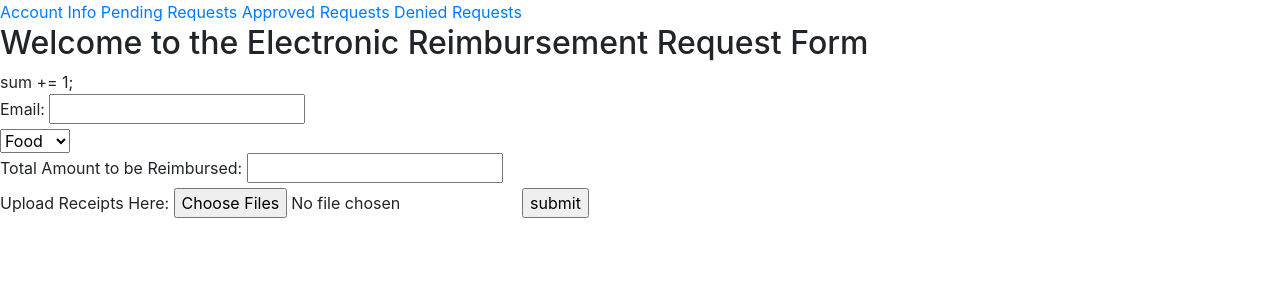
Repository: lharrill01/july_11_current_projects
Page: gres/src/main/java/gres/model/errfwelcome.html
These files come from the project's save history. The page is drawn as it stood at one moment and after the next save; the edit follows.
The browser window is 1280 px wide. The pictures show the whole page.

Above is the page before, as saved 2019-07-12 02:50:44.

### gres/src/main/java/gres/model/errfwelcome.html
<!DOCTYPE html>
<html lang="en">
<head>
    <meta charset="UTF-8">
    <meta name="viewport" content="width=device-width, initial-scale=1.0">
    <meta http-equiv="X-UA-Compatible" content="ie=edge">
    <link rel="stylesheet" href="https://maxcdn.bootstrapcdn.com/bootstrap/4.0.0/css/bootstrap.min.css" integrity="sha384-Gn5384xqQ1aoWXA+058RXPxPg6fy4IWvTNh0E263XmFcJlSAwiGgFAW/dAiS6JXm" crossorigin="anonymous">
    <title>Home: GERS</title>
</head>
<body>
	<nav>
		<a href="Account.html">Account Info</a>
		<a href="pendingRequests.html">Pending Requests</a>
		<a href="approvedRequests.html">Approved Requests</a>
		<a href="deniedRequests.html">Denied Requests</a>
	</nav>
    <h2>Welcome to the Electronic Reimbursement Request Form</h2>
<div class=>
    <div>
        <form action="/gres/GresFetchServlet" method="post">
		<output>sum += 1;</output>
    	<div>
        	<label> Email: </label>
        	<input type="email" name="email">
		</div>
		<div>
			<select id = "rstuff" name="selection">
				<option value="Food">Food</option>
				<option value="Gas">Gas</option>
					<option value="Rental">Rental</option>
					<option value="Hotel">Hotel</option>
				</select>
			</div>
    		<div>
        		<label>Total Amount to be Reimbursed: </label>
        		<input type="text" name="rAmount">
    		</div>
    		<div>
        		<label> Upload Receipts Here: </label>
        		<input type="file" name="receipts" accept="image/*" multiple>

        		<input type="submit" value="submit">
        	</div>
        </form>
    </div>
</div>
</body>
</html>

After the next save:
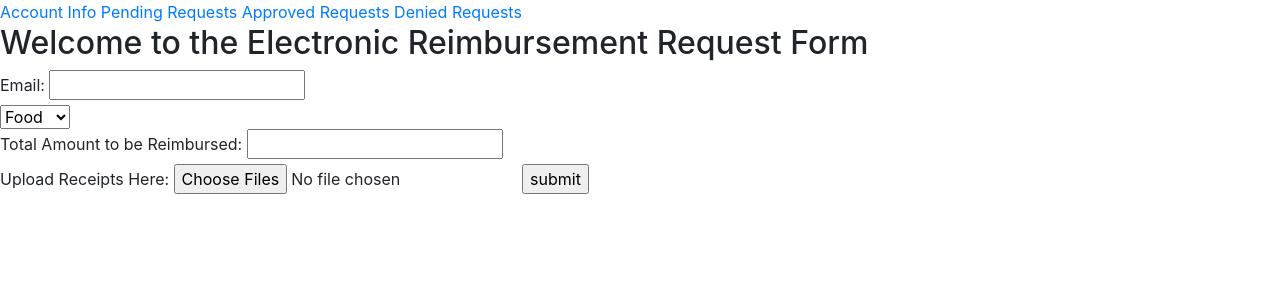
Saved 36 s later.
--- a/gres/src/main/java/gres/model/errfwelcome.html
+++ b/gres/src/main/java/gres/model/errfwelcome.html
@@ -18,7 +18,7 @@
 <div class=>
     <div>
         <form action="/gres/GresFetchServlet" method="post">
-		<output>sum += 1;</output>
+
     	<div>
         	<label> Email: </label>
         	<input type="email" name="email">
